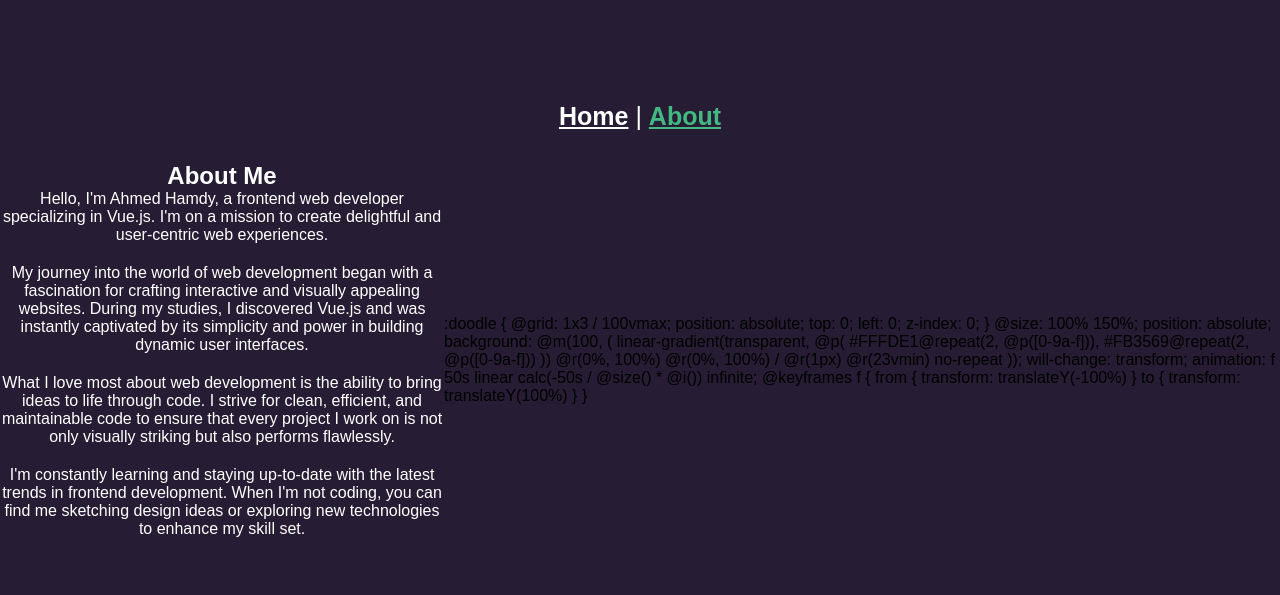
Repository: ahamdy997/portfolio
Page: /about
An editor plug-in stored every save of this project. The page is shown before and after the next save, followed by the edit.
The browser window is 1280 px wide. The pictures show the whole page.
The project was rebuilt for these pictures with package versions that can differ from the ones it lists, and the page was loaded fresh each time. Also part of the build but not shown: vue.config.js, src/components/HelloWorld.vue, src/views/HomeView.vue.

Above is the page before, as saved 2023-11-05 00:17:55.

### public/index.html
<!DOCTYPE html>
<html lang="">
  <head>
    <meta charset="utf-8" />
    <meta http-equiv="X-UA-Compatible" content="IE=edge" />
    <meta name="viewport" content="width=device-width,initial-scale=1.0" />
    <link rel="icon" href="<%= BASE_URL %>favicon.ico" />
    <title><%= htmlWebpackPlugin.options.title %></title>
  </head>
  <body>
    <noscript>
      <strong
        >We're sorry but <%= htmlWebpackPlugin.options.title %> doesn't work
        properly without JavaScript enabled. Please enable it to
        continue.</strong
      >
    </noscript>
    <div id="app"></div>
    <!-- built files will be auto injected -->
    <css-doodle>
      :doodle { @grid: 1x3 / 100vmax; position: absolute; top: 0; left: 0;
      z-index: 0; } @size: 100% 150%; position: absolute; background: @m(100, (
      linear-gradient(transparent, @p( #FFFDE1@repeat(2, @p([0-9a-f])),
      #FB3569@repeat(2, @p([0-9a-f])) )) @r(0%, 100%) @r(0%, 100%) / @r(1px)
      @r(23vmin) no-repeat )); will-change: transform; animation: f 50s linear
      calc(-50s / @size() * @i()) infinite; @keyframes f { from { transform:
      translateY(-100%) } to { transform: translateY(100%) } }
    </css-doodle>
    <style>
      * {
        box-sizing: border-box;
        padding: 0;
        margin: 0;
      }
      body {
        font-family: sans-serif;
        height: 100vh;
        margin: 0;
        background: #261c33;
        overflow: hidden;
        display: flex;
        align-items: center;
        justify-content: center;
      }
    </style>

    <script src="https://unpkg.com/css-doodle@0.6.1/css-doodle.min.js"></script>
  </body>
</html>

### src/App.vue
<template>
  <header>
    <nav>
      <router-link to="/">Home</router-link> |
      <router-link to="/about">About</router-link>
    </nav>
  </header>
  <router-view />
</template>

<style>
#app {
  text-align: center;
  z-index: 1;
  color: white;
}
header {
  font-size: 25px;
  position: fixed;
  top: 10%;
  left: 0%;
  width: 100%;
}
nav {
  padding: 30px;
  text-align: center;
}

nav a {
  font-weight: bold;
  color: #fff;
}

nav a.router-link-exact-active {
  color: #42b983;
}
</style>

### src/views/AboutView.vue
<template>
  <div class="about">
    <h2>About Me</h2>
    <p>
      Hello, I'm Ahmed Hamdy, a frontend web developer specializing in Vue.js.
      I'm on a mission to create delightful and user-centric web experiences.
    </p>
    <p>
      My journey into the world of web development began with a fascination for
      crafting interactive and visually appealing websites. During my studies, I
      discovered Vue.js and was instantly captivated by its simplicity and power
      in building dynamic user interfaces.
    </p>
    <p>
      What I love most about web development is the ability to bring ideas to
      life through code. I strive for clean, efficient, and maintainable code to
      ensure that every project I work on is not only visually striking but also
      performs flawlessly.
    </p>
    <p>
      I'm constantly learning and staying up-to-date with the latest trends in
      frontend development. When I'm not coding, you can find me sketching
      design ideas or exploring new technologies to enhance my skill set.
    </p>
  </div>
</template>
<style scoped>
p {
  margin-bottom: 20px;
}
</style>

Loaded but not shown: src/main.js (common file); src/router/index.js (common file)

After the next save:
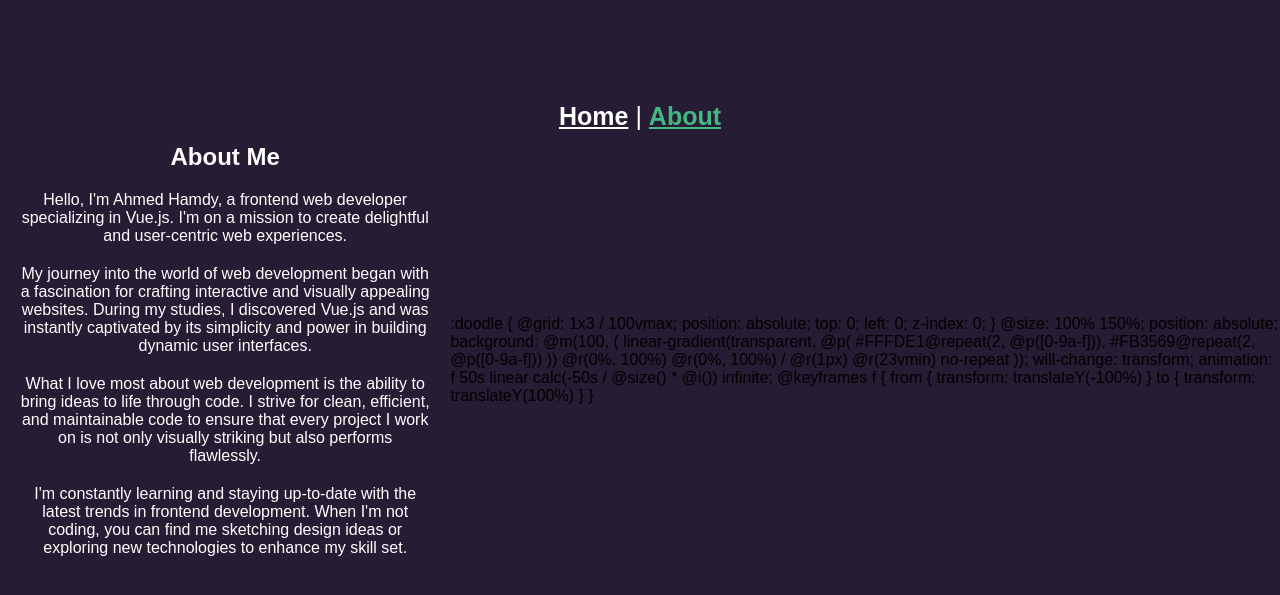
Saved 6 s later.
--- a/src/views/AboutView.vue
+++ b/src/views/AboutView.vue
@@ -26,6 +26,6 @@
 </template>
 <style scoped>
 p {
-  margin-bottom: 20px;
+  margin: 20px;
 }
 </style>
